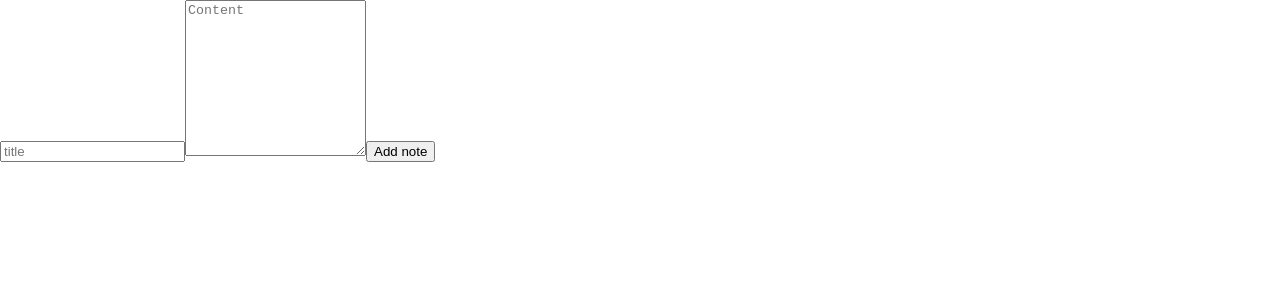
Repository: karolina-rachuta/Notes_React_Node_Js
Page: /
These files come from the project's save history. The page is drawn as it stood at one moment and after the next save; the edit follows.
The browser window is 1280 px wide. The pictures show the whole page.
The project was rebuilt for these pictures with package versions that can differ from the ones it lists, and the page was loaded fresh each time. Also part of the build but not shown: src/App.css.

Above is the page before, as saved 2024-08-10 21:16:26.

After the next save:
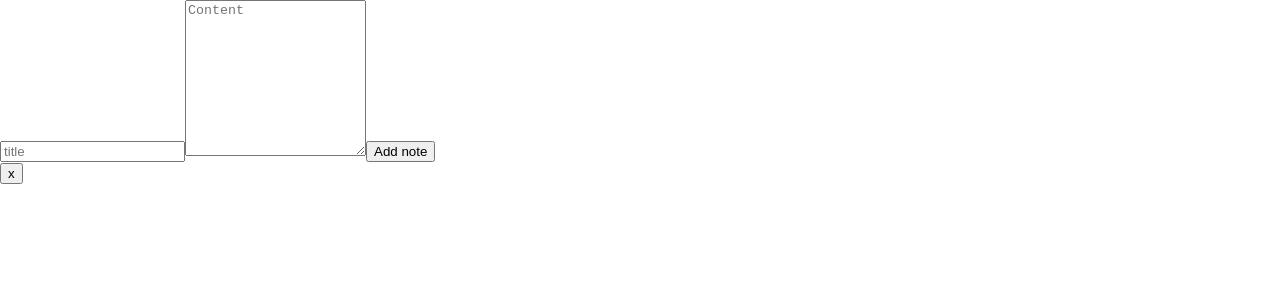
Saved 60 s later.
--- a/src/App.tsx
+++ b/src/App.tsx
@@ -20,7 +20,14 @@ function App() {
         ></textarea>
         <button type="submit">Add note</button>
       </form>
-      <div className="notes-grid"></div>
+      <div className="notes-grid">
+        <div className="notes-item">
+          <div className="notes-header">
+            <button>x</button>
+          </div>
+
+        </div>
+      </div>
 
     </div>
   );
